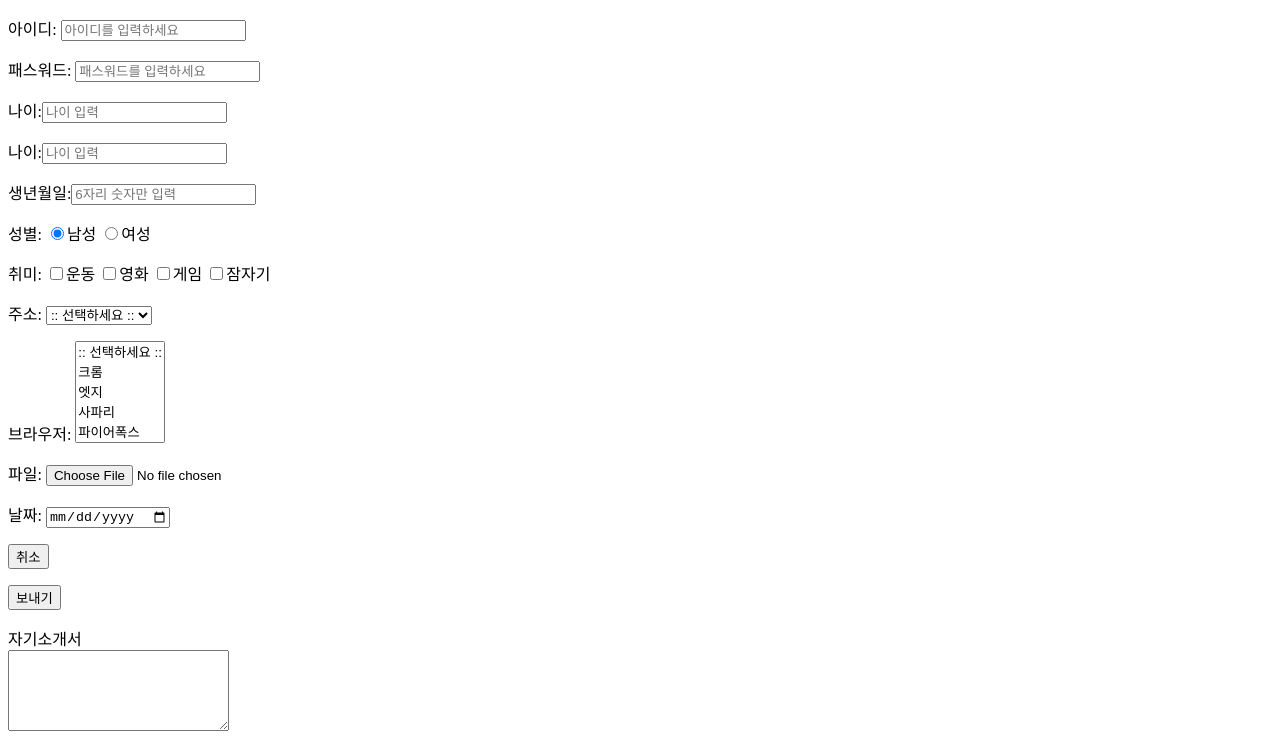
Repository: claddds/2023_webstudy
Page: 01_html/src/main/webapp/day04/ex01_form.html
The author's editor kept a copy of each file at every save. The page is drawn from the files as they stood at one save, then again after the next save.
The browser window is 1280 px wide. The pictures show the whole page.

Above is the page before, as saved 2023-06-22 02:39:44.

After the next save:
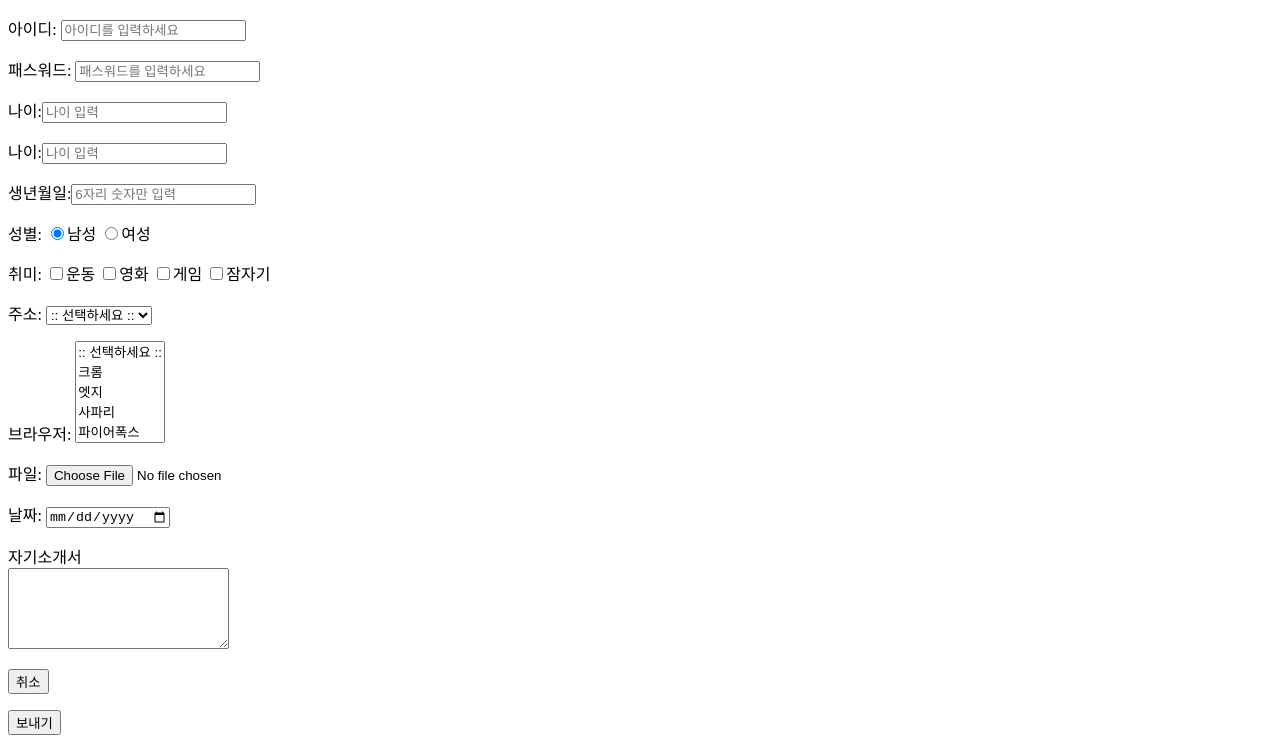
Saved 74 s later.
--- a/01_html/src/main/webapp/day04/ex01_form.html
+++ b/01_html/src/main/webapp/day04/ex01_form.html
@@ -100,9 +100,6 @@
 		<!-- 파일 업로드할때 사용 반드시<form enctype를 입력해야 된다. -->
 		<p>파일: <input type="file" name="file"></p>
 		<p>날짜: <input type="date" name="date"></p>
-		<!-- reset, submit는 버튼에 새겨지는 글자 -->
-		<p><input type="reset" value="취소"></p>
-		<p><input type="submit" value="보내기"></p>
 
 		<p>자기소개서<br>
 			<!-- 여러 줄의 텍스트를 입력할 때 사용 -->
@@ -110,6 +107,9 @@
 		</p>
 		<!-- 화면에는 안보이면서 이름과 값을 원하는 페이지에 넘길때 사용 -->
 		<input type="hidden" name="page" value="2">
+		<!-- reset, submit는 버튼에 새겨지는 글자 -->
+		<p><input type="reset" value="취소"></p>
+		<p><input type="submit" value="보내기"></p>
 	</form>
 </body>
 </html>
